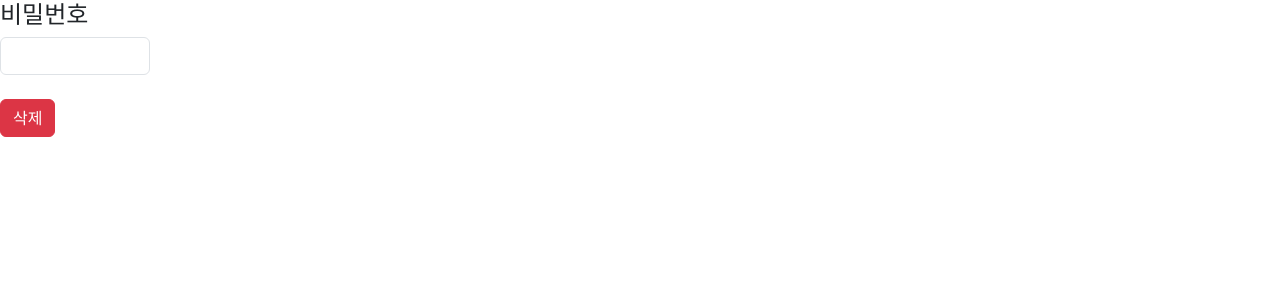
Repository: JunbroGit/SistProject
Page: http://localhost/jsaAjaxProject/simpleboard/deletepassForm.jsp
The author's editor kept a copy of each file at every save. The page is drawn from the files as they stood at one save, then again after the next save.
The browser window is 1280 px wide. The pictures show the whole page.
Some web fonts or font styles are not loaded; a fallback is used. The page is served by Tomcat 9. Other server files are loaded and not shown.

Above is the page before, as saved 2024-03-15 00:15:41.

### jspwork/jsaAjaxProject/src/main/webapp/simpleboard/deletepassForm.jsp
<%@ page language="java" contentType="text/html; charset=UTF-8"
    pageEncoding="UTF-8"%>
<!DOCTYPE html>
<html>
<head>
<meta charset="UTF-8">
<link href="https://cdn.jsdelivr.net/npm/bootstrap@5.3.2/dist/css/bootstrap.min.css" rel="stylesheet">
<link href="https://fonts.googleapis.com/css2?family=Dongle&family=Gaegu&family=Nanum+Myeongjo&family=Nanum+Pen+Script&family=Noto+Sans+KR:wght@100..900&display=swap" rel="stylesheet">
<script src="https://code.jquery.com/jquery-3.7.0.js"></script>
<title>Insert title here</title>
</head>
<body>
<div>
	<form action="" method="post">
		<div>
			<h4>비밀번호</h4>
			<input type="password" class="form-control" required="required" name="pass" style="width: 150px;">
		</div>
		<br>
		<button type="submit" class="btn btn-danger">삭제</button>
	</form>
</div>
</body>
</html>

After the next save:
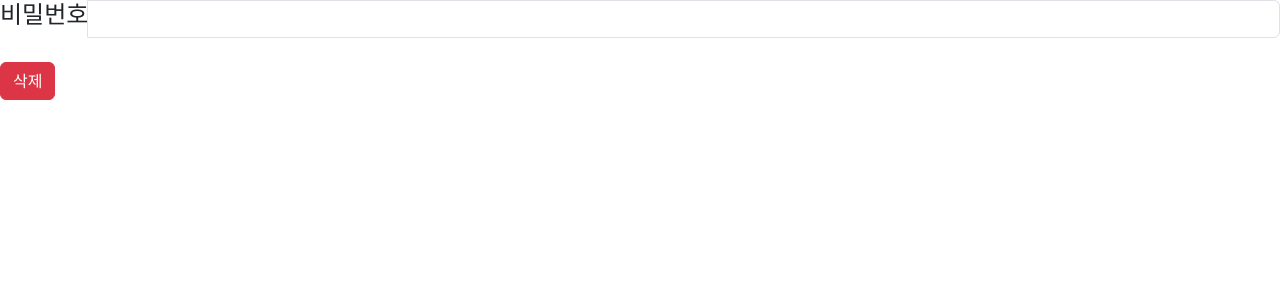
Saved 28 s later.
--- a/jspwork/jsaAjaxProject/src/main/webapp/simpleboard/deletepassForm.jsp
+++ b/jspwork/jsaAjaxProject/src/main/webapp/simpleboard/deletepassForm.jsp
@@ -12,7 +12,7 @@
 <body>
 <div>
 	<form action="" method="post">
-		<div>
+		<div class="input-group">
 			<h4>비밀번호</h4>
 			<input type="password" class="form-control" required="required" name="pass" style="width: 150px;">
 		</div>
